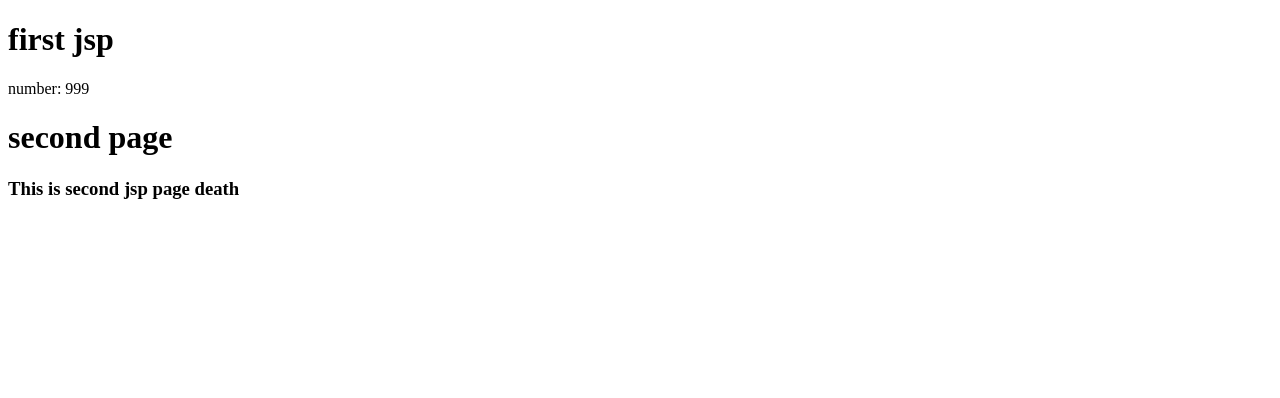
Repository: pencil-HB/SSAFY_Backend
Page: http://localhost/BackendProject/jsp/first.jsp
These files come from the project's save history. The page is drawn as it stood at one moment and after the next save; the edit follows.
The browser window is 1280 px wide. The pictures show the whole page.
The page is served by Tomcat 10.

Above is the page before, as saved 2024-09-24 03:11:11.

After the next save:
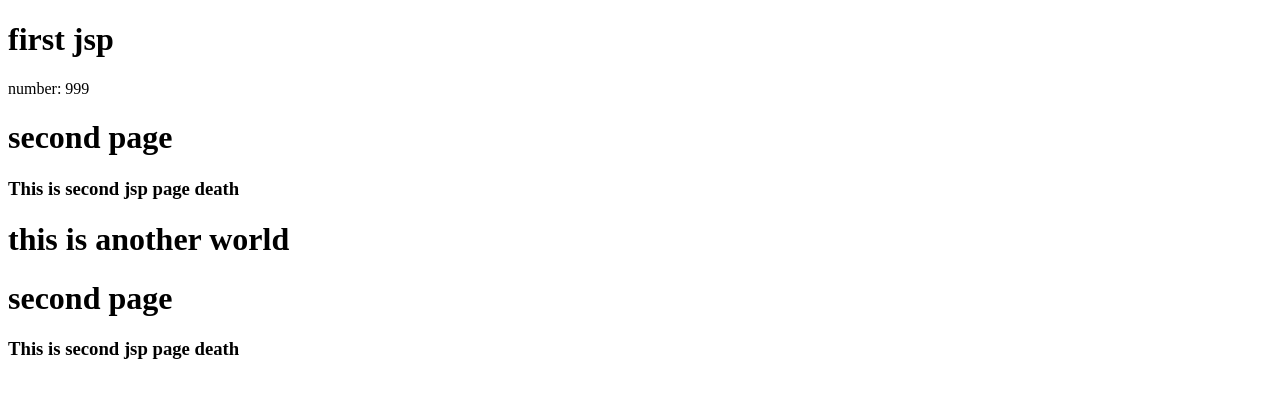
Saved 25 s later.
--- a/BackendProject/src/main/webapp/jsp/first.jsp
+++ b/BackendProject/src/main/webapp/jsp/first.jsp
@@ -13,5 +13,9 @@
 	number: <%= num %>
 	<br>
 	<%@ include file="second.jsp" %>
+
+	<h1>this is another world</h1>
+	<%@ include file="second.jsp" %>
+
 </body>
 </html>
